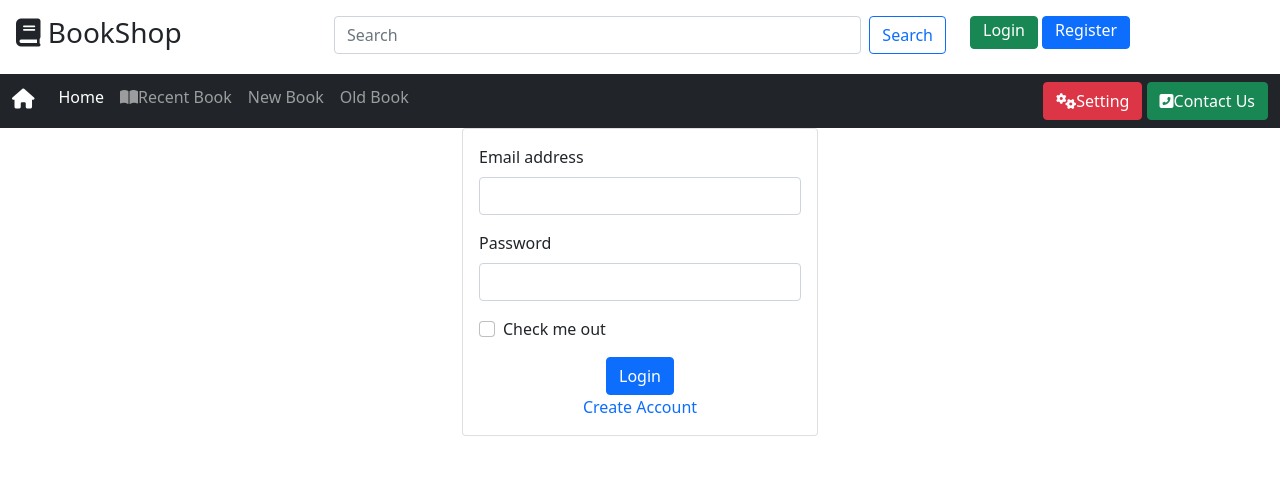
Repository: Abhishekverma23797/BookShopApp
Page: http://localhost/Ebook-App/Login.jsp
An editor plug-in stored every save of this project. The page is shown before and after the next save, followed by the edit.
The browser window is 1280 px wide. The pictures show the whole page.
The page is served by Tomcat 9.

Above is the page before, as saved 2021-12-07 12:23:31.

After the next save:
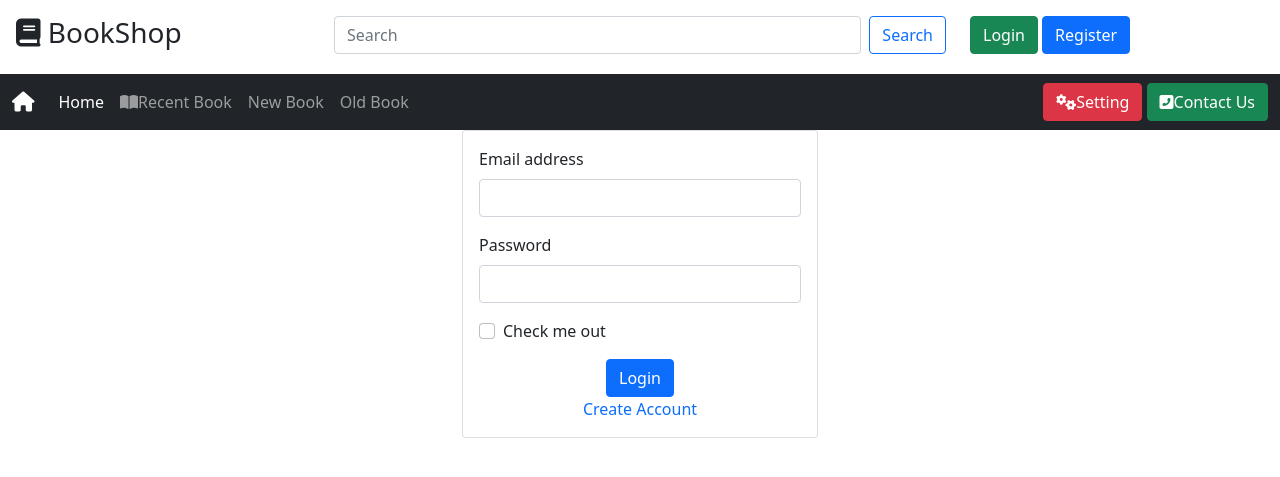
Saved 10 s later.
--- a/Ebook-App/src/main/webapp/Login.jsp
+++ b/Ebook-App/src/main/webapp/Login.jsp
@@ -8,8 +8,7 @@
 <style type="text/css">
 a:link {
   text-decoration: none;
-  padding-top:1px;
-}
+
 
 </style>
 <%@include file="All_Component/AllCss.jsp"%>
